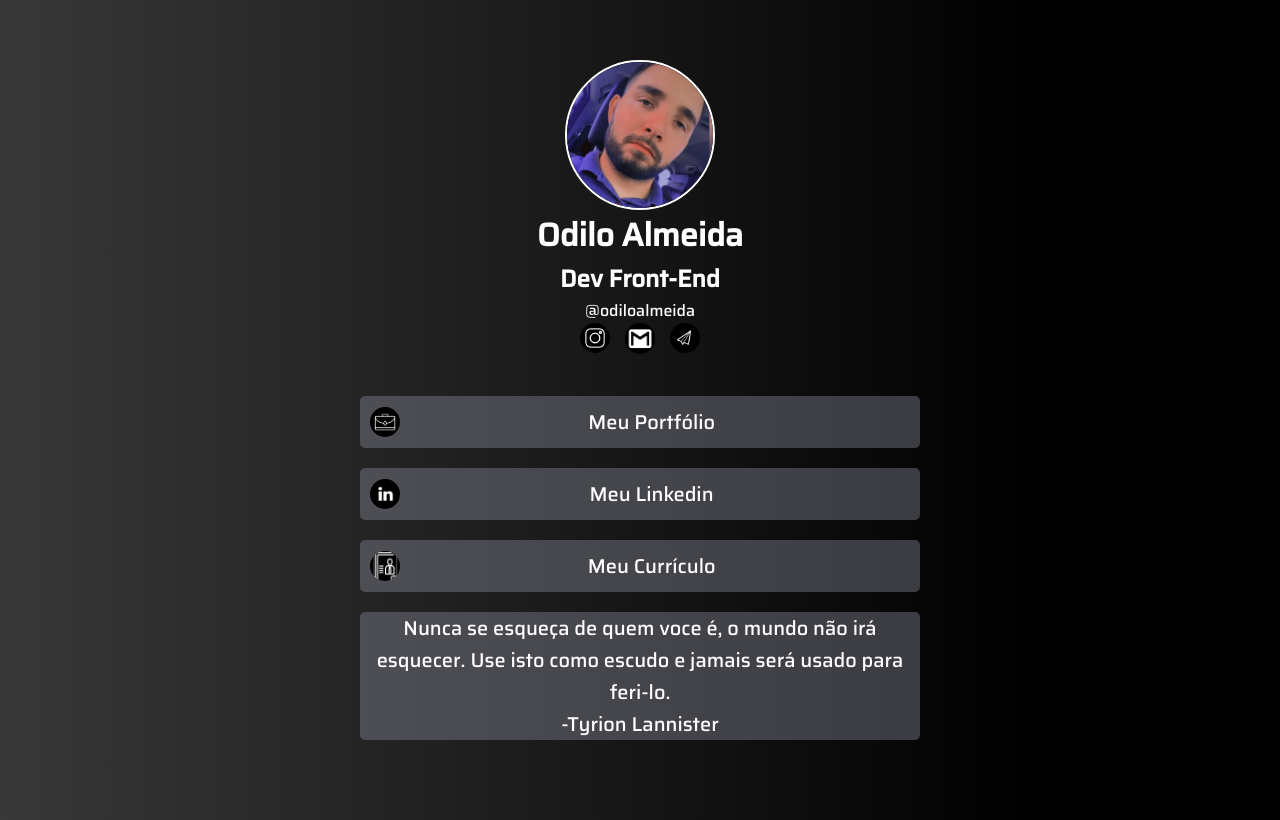
Repository: isayrous/linktree
Page: index.html
The author's editor kept a copy of each file at every save. The page is drawn from the files as they stood at one save, then again after the next save.
The browser window is 1280 px wide. The pictures show the whole page.
The pointer rests on the first visible `.section-box`.

Above is the page before, as saved 2022-11-03 21:32:31.

After the next save:
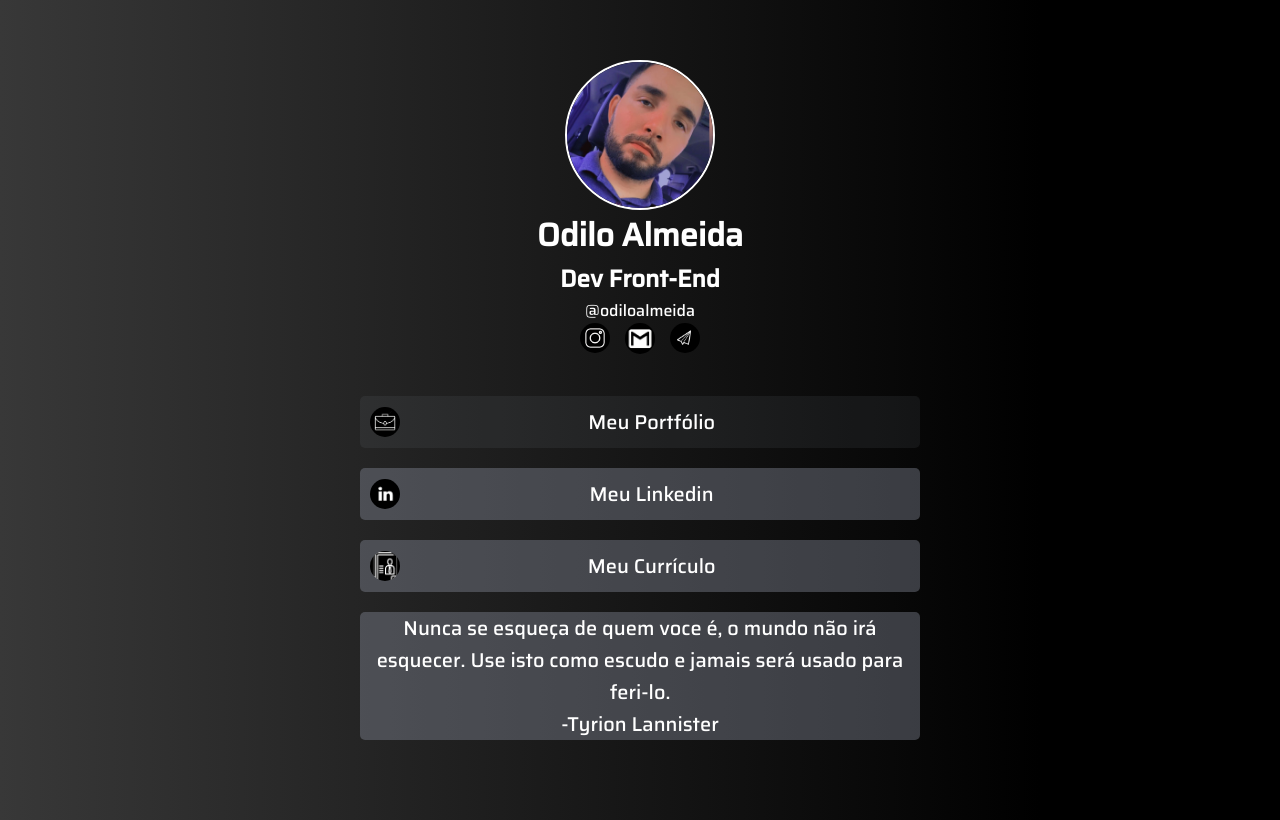
Saved 73 days later.
--- a/style.css
+++ b/style.css
@@ -49,6 +49,10 @@
     gap: 10px;
     padding: 10px;
     text-align: center;
+}
+
+.section-box:hover{
+    background-color: rgba(138,144,159,0.1)
 }
 
 .box-imgs {
